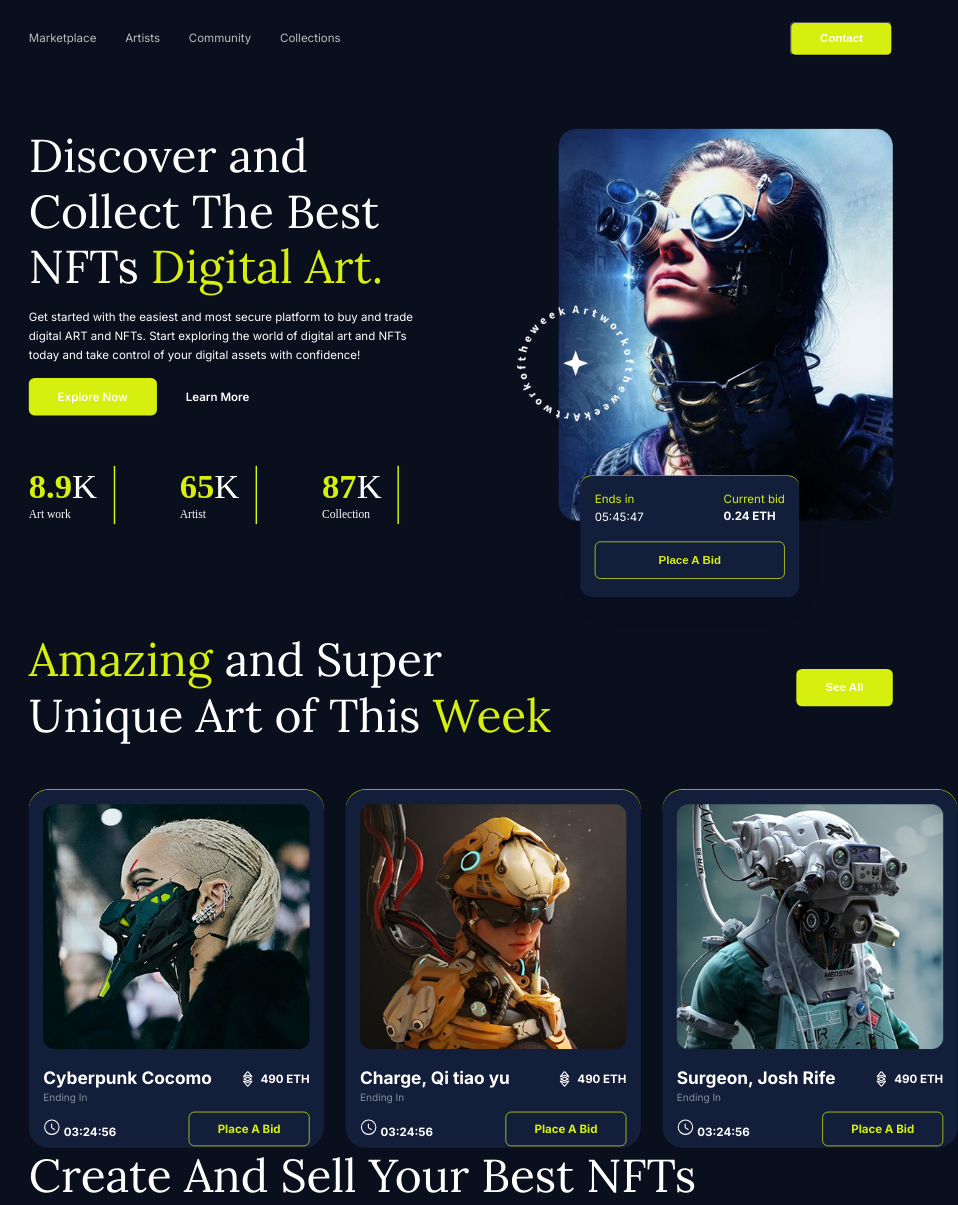
Repository: Kamron5505/NftMarketplace
Page: index.html
An editor plug-in stored every save of this project. The page is shown before and after a run of saves, followed by the edit.
The browser window is 1280 px wide. The page is 1330 px wide, so the pictures cover 1330 px, including what lies to the right of the window. The pictures show the whole page, at 72% of full size.

Above is the page before, as saved 2025-07-09 15:15:03.

### index.html
<!DOCTYPE html>
<html lang="en">

<head>
    <meta charset="UTF-8">
    <meta name="viewport" content="width=device-width, initial-scale=1.0">
    <title>NFTMarketplace Landing</title>
    <link rel="stylesheet" href="./style.css">
    <link
        href="https://fonts.googleapis.com/css2?family=Inter:wght@400;600;700&family=Source+Sans+Pro:wght@400;600;700&family=Lora:wght@400;700&display=swap"
        rel="stylesheet">

</head>

<body>
    <header class="header">
        <div class="container">
            <nav class="nav">
                <ul class="nav-list">
                    <li class="nav-item"><a href="#" class="nav-link">Marketplace</a></li>
                    <li class="nav-item"><a href="#" class="nav-link">Artists</a></li>
                    <li class="nav-item"><a href="#" class="nav-link">Community</a></li>
                    <li class="nav-item"><a href="#" class="nav-link">Collections</a></li>
                </ul>
                <button class="header-contact-btn">Contact</button>
            </nav>
        </div>
    </header>
    <main class="main">
        <section class="nft-section">
            <div class="container">
                <div class="nft-wrapper">
                    <div class="content-left">
                        <h1 class="title">
                            Discover and <br>
                            Collect The Best <br>
                            NFTs <span class="highlight"> Digital Art.</span>
                        </h1>
                        <p class="description">
                            Get started with the easiest and most secure platform to buy and trade digital ART and NFTs.
                            Start exploring the world of digital art and NFTs today and take control of your digital
                            assets with confidence!
                        </p>
                        <div class="buttons">
                            <a href="#" class="btn btn-primary">Explore Now</a>
                            <a href="#" class="btn btn-secondary">Learn More</a>
                        </div>
                        <div class="stats">
                            <div class="stat">
                                <div class="number">8.9<span class="note">K</span></div>
                                <div class="label">Art work</div>
                            </div>
                            <div class="stat">
                                <div class="number">65<span class="note">K</span></div>
                                <div class="label">Artist</div>
                            </div>
                            <div class="stat">
                                <div class="number">87<span class="note">K</span></div>
                                <div class="label">Collection</div>
                            </div>
                        </div>
                    </div>
                    <div class="content-right">
                        <div class="header-image">
                            <img src="./images/main-header-img.png" alt="NFT Image" class="hero-image">
                            <img src="./images/circle.png" alt="" class="circle-image">
                        </div>
                        <div class="nft-card">
                            <div class="nft-card__info">
                                <div class="nft-card__timer">
                                    <span class="value ">Ends in</span>
                                    <span class="nft-note">05:45:47</span>
                                </div>
                                <div class="nft-card__bid">
                                    <span class="value ">Current bid</span>
                                    <span class="nft-card__note">0.24 ETH</span>
                                </div>
                                <button href="#" class="nft-card__btn nft-card__btn--bid">Place A Bid</button>
                            </div>
                        </div>
                    </div>
                </div>
            </div>
        </section>
        <section class="art-section">
            <div class="container">
                <div class="art-section__header">
                    <h2 class="art-section__title">
                        <span class="text-highlight">Amazing</span>
                        and Super <br>
                        Unique Art of This
                        <span class="text-highlight">Week</span>
                    </h2>
                    <button href="#" class="art-section__btn-view-all">See All</button>
                </div>
                <div class="art-section__cards">
                    <div class="art-card">
                        <img src="./images/Cyberpunk Cocomo 490ETH.png" alt="Cyberpunk Cocomo"
                            class="art-card__image" />
                        <div class="art-card-name">
                            <h3 class="art-card__title">Cyberpunk Cocomo</h3>
                            <div class="art-card-price-wrapper">
                                <svg width="24" height="25" viewBox="0 0 24 25" fill="none"
                                    xmlns="http://www.w3.org/2000/svg">
                                    <path
                                        d="M6.90001 9.6L11.7 7.5C11.9 7.4 12.1 7.4 12.4 7.5L17.2 9.6C17.6 9.8 18 9.3 17.7 8.9L12.7 2.8C12.4 2.4 11.8 2.4 11.5 2.8L6.50001 8.9C6.10001 9.3 6.50001 9.8 6.90001 9.6Z"
                                        stroke="white" stroke-width="1.5" stroke-miterlimit="10" stroke-linecap="round"
                                        stroke-linejoin="round" />
                                    <path
                                        d="M6.90001 15.4L11.7 17.5C11.9 17.6 12.1 17.6 12.4 17.5L17.2 15.4C17.6 15.2 18 15.7 17.7 16.1L12.7 22.2C12.4 22.6 11.8 22.6 11.5 22.2L6.50001 16.1C6.10001 15.7 6.50001 15.2 6.90001 15.4Z"
                                        stroke="white" stroke-width="1.5" stroke-miterlimit="10" stroke-linecap="round"
                                        stroke-linejoin="round" />
                                    <path d="M12 9.90002L6.79999 12.5L12 15.1L17.2 12.5L12 9.90002Z" stroke="white"
                                        stroke-width="1.5" stroke-miterlimit="10" stroke-linecap="round"
                                        stroke-linejoin="round" />
                                </svg>
                                <p class="art-card__price">490 ETH</p>
                            </div>
                        </div>
                        <div class="art-card__info">
                            <div class="art-card__time">
                                <p class="art-card__time__ending">Ending In</p>
                                <div class="art-card__time-row">
                                    <div>
                                        <i class="icon-clock">
                                            <svg width="24" height="25" viewBox="0 0 24 25" fill="none"
                                                xmlns="http://www.w3.org/2000/svg">
                                                <path
                                                    d="M22 12.5C22 18.02 17.52 22.5 12 22.5C6.48 22.5 2 18.02 2 12.5C2 6.98 6.48 2.5 12 2.5C17.52 2.5 22 6.98 22 12.5Z"
                                                    stroke="white" stroke-width="1.5" stroke-linecap="round"
                                                    stroke-linejoin="round" />
                                                <path
                                                    d="M15.71 15.68L12.61 13.83C12.07 13.51 11.63 12.74 11.63 12.11V8.01001"
                                                    stroke="white" stroke-width="1.5" stroke-linecap="round"
                                                    stroke-linejoin="round" />
                                            </svg>
                                        </i>
                                        <span class="art-card__time-text">03:24:56</span>
                                    </div>
                                    <button class="art-card__btn-bid">Place A Bid</button>
                                </div>
                            </div>
                        </div>
                    </div>
                    <div class="art-card">
                        <img src="./images/Charge, Qi tiao yu.png" alt="Cyberpunk Cocomo" class="art-card__image" />
                        <div class="art-card-name">
                            <h3 class="art-card__title">Charge, Qi tiao yu</h3>
                            <div class="art-card-price-wrapper">
                                <svg width="24" height="25" viewBox="0 0 24 25" fill="none"
                                    xmlns="http://www.w3.org/2000/svg">
                                    <path
                                        d="M6.90001 9.6L11.7 7.5C11.9 7.4 12.1 7.4 12.4 7.5L17.2 9.6C17.6 9.8 18 9.3 17.7 8.9L12.7 2.8C12.4 2.4 11.8 2.4 11.5 2.8L6.50001 8.9C6.10001 9.3 6.50001 9.8 6.90001 9.6Z"
                                        stroke="white" stroke-width="1.5" stroke-miterlimit="10" stroke-linecap="round"
                                        stroke-linejoin="round" />
                                    <path
                                        d="M6.90001 15.4L11.7 17.5C11.9 17.6 12.1 17.6 12.4 17.5L17.2 15.4C17.6 15.2 18 15.7 17.7 16.1L12.7 22.2C12.4 22.6 11.8 22.6 11.5 22.2L6.50001 16.1C6.10001 15.7 6.50001 15.2 6.90001 15.4Z"
                                        stroke="white" stroke-width="1.5" stroke-miterlimit="10" stroke-linecap="round"
                                        stroke-linejoin="round" />
                                    <path d="M12 9.90002L6.79999 12.5L12 15.1L17.2 12.5L12 9.90002Z" stroke="white"
                                        stroke-width="1.5" stroke-miterlimit="10" stroke-linecap="round"
                                        stroke-linejoin="round" />
                                </svg>
                                <p class="art-card__price">490 ETH</p>
                            </div>
                        </div>
                        <div class="art-card__info">
                            <div class="art-card__time">
                                <p class="art-card__time__ending">Ending In</p>
                                <div class="art-card__time-row">
                                    <div>
                                        <i class="icon-clock">
                                            <svg width="24" height="25" viewBox="0 0 24 25" fill="none"
                                                xmlns="http://www.w3.org/2000/svg">
                                                <path
                                                    d="M22 12.5C22 18.02 17.52 22.5 12 22.5C6.48 22.5 2 18.02 2 12.5C2 6.98 6.48 2.5 12 2.5C17.52 2.5 22 6.98 22 12.5Z"
                                                    stroke="white" stroke-width="1.5" stroke-linecap="round"
                                                    stroke-linejoin="round" />
                                                <path
                                                    d="M15.71 15.68L12.61 13.83C12.07 13.51 11.63 12.74 11.63 12.11V8.01001"
                                                    stroke="white" stroke-width="1.5" stroke-linecap="round"
                                                    stroke-linejoin="round" />
                                            </svg>
                                        </i>
                                        <span class="art-card__time-text">03:24:56</span>
                                    </div>
                                    <button class="art-card__btn-bid">Place A Bid</button>
                                </div>
                            </div>
                        </div>
                    </div>
                    <div class="art-card">
                        <img src="./images/Surgeon, Josh Rife.png" alt="Cyberpunk Cocomo" class="art-card__image" />
                        <div class="art-card-name">
                            <h3 class="art-card__title">Surgeon, Josh Rife</h3>
                            <div class="art-card-price-wrapper">
                                <svg width="24" height="25" viewBox="0 0 24 25" fill="none"
                                    xmlns="http://www.w3.org/2000/svg">
                                    <path
                                        d="M6.90001 9.6L11.7 7.5C11.9 7.4 12.1 7.4 12.4 7.5L17.2 9.6C17.6 9.8 18 9.3 17.7 8.9L12.7 2.8C12.4 2.4 11.8 2.4 11.5 2.8L6.50001 8.9C6.10001 9.3 6.50001 9.8 6.90001 9.6Z"
                                        stroke="white" stroke-width="1.5" stroke-miterlimit="10" stroke-linecap="round"
                                        stroke-linejoin="round" />
                                    <path
                                        d="M6.90001 15.4L11.7 17.5C11.9 17.6 12.1 17.6 12.4 17.5L17.2 15.4C17.6 15.2 18 15.7 17.7 16.1L12.7 22.2C12.4 22.6 11.8 22.6 11.5 22.2L6.50001 16.1C6.10001 15.7 6.50001 15.2 6.90001 15.4Z"
                                        stroke="white" stroke-width="1.5" stroke-miterlimit="10" stroke-linecap="round"
                                        stroke-linejoin="round" />
                                    <path d="M12 9.90002L6.79999 12.5L12 15.1L17.2 12.5L12 9.90002Z" stroke="white"
                                        stroke-width="1.5" stroke-miterlimit="10" stroke-linecap="round"
                                        stroke-linejoin="round" />
                                </svg>
                                <p class="art-card__price">490 ETH</p>
                            </div>
                        </div>
                        <div class="art-card__info">
                            <div class="art-card__time">
                                <p class="art-card__time__ending">Ending In</p>
                                <div class="art-card__time-row">
                                    <div>
                                        <i class="icon-clock">
                                            <svg width="24" height="25" viewBox="0 0 24 25" fill="none"
                                                xmlns="http://www.w3.org/2000/svg">
                                                <path
                                                    d="M22 12.5C22 18.02 17.52 22.5 12 22.5C6.48 22.5 2 18.02 2 12.5C2 6.98 6.48 2.5 12 2.5C17.52 2.5 22 6.98 22 12.5Z"
                                                    stroke="white" stroke-width="1.5" stroke-linecap="round"
                                                    stroke-linejoin="round" />
                                                <path
                                                    d="M15.71 15.68L12.61 13.83C12.07 13.51 11.63 12.74 11.63 12.11V8.01001"
                                                    stroke="white" stroke-width="1.5" stroke-linecap="round"
                                                    stroke-linejoin="round" />
                                            </svg>
                                        </i>
                                        <span class="art-card__time-text">03:24:56</span>
                                    </div>
                                    <button class="art-card__btn-bid">Place A Bid</button>
                                </div>
                            </div>
                        </div>
                    </div>
                </div>
            </div>
        </section>
        <section class=".nft-creator">
            <div class="container">
                <h1>Create And Sell
                    Your <span>Best NFTs</span></h1>
            </div>

        </section>
    </main>
</body>

</html>

### style.css
* {
    margin: 0;
    padding: 0;
    text-decoration: none;
    list-style: none;
    box-sizing: border-box;
}


body {
    background: #090f1d;
    color: #fffffd;
}

:root {
    --font-family: "Inter", sans-serif;
    --second-family: "Source Sans Pro", sans-serif;
    --third-family: "Lora", serif;
}

h1,
h2,
h3,
h4,
h5,
h6 {
    font-family: "Lora", serif;
    font-weight: 500;
    font-size: 64px;
    line-height: 120%;
    color: #fffffd;
}

.highlight {
    color: #d6ef0e;
}

.header {
    margin-top: 30px;
    font-family: "Inter", sans-serif;
}

.container {
    width: 1200px;
    margin: 0 auto;
}

.nav {
    display: flex;
    align-items: center;
    justify-content: space-between;
}

.nav-list {
    display: flex;
    gap: 40px;
}

.nav-link {
    font-weight: 400;
    font-size: 16px;
    line-height: 160%;
    color: rgba(255, 255, 253, 0.72);
}

.nav-link:hover {
    border-bottom: 1px solid #d6ef0e;
    width: 94px;
    height: 26px;
    transition: all 0.3s ease;
}

.header-contact-btn {
    background: #d6ef0e;
    border-radius: 8px;
    padding: 12px 40px;
    width: 143px;
    height: 48px;
    font-weight: 700;
    font-size: 16px;
    line-height: 120%;
    color: #fff;
}

.nft-section {
    margin-top: 100px;
}

.nft-wrapper {
    display: flex;
    align-items: center;
    justify-content: space-between;
}

.description {
    font-family: "Inter", sans-serif;
    font-weight: 400;
    font-size: 16px;
    width: 544px;
    line-height: 160%;
    color: #fffffd;
    margin-top: 20px;
}

.buttons {
    display: flex;
    gap: 40px;
    align-items: center;
    margin-top: 20px;
}

.btn {
    font-family: "Inter", sans-serif;
    font-weight: 600;
    font-size: 16px;
    color: #fff;
}

.btn-primary {
    display: flex;
    align-items: center;
    line-height: 120%;
    border-radius: 8px;
    padding: 12px 40px;
    width: 178px;
    height: 52px;
    background: #d6ef0e;
}

.stats {
    display: flex;
    gap: 90px;
    margin-top: 70px;
    color: white;
}

.stat {
    display: flex;
    flex-direction: column;
    position: relative;
    padding-right: 25px;
}

.stat::after {
    content: "";
    position: absolute;
    top: 0;
    bottom: 0;
    right: 0;
    width: 2px;
    background-color: #ccff00;
}

.stat:last-child {
    padding-right: 24px;
}

.number {
    font-family: ;
    font-size: 48px;
    font-weight: bold;
    color: #d6ef0e;
}

.note {
    font-weight: normal;
    color: white;
}

@keyframes spin {
    from {
        transform: rotate(0deg);
    }

    to {
        transform: rotate(360deg);
    }
}

.circle-image {
    position: absolute;
    right: 355px;
    top: 240px;
    animation: spin 20s linear infinite;
}

.label {
    font-weight: 400;
    font-size: 16px;
    line-height: 160%;
    color: white;
}

.header-image {
    position: relative;
}

.circle-image {
    position: absolute;
    right: 355px;
    top: 240px;
}

.nft-card {
    position: absolute;
    top: 660px;
    right: 170px;
    border-top: 1px solid #d6ef0e;
    border-radius: 16px;
    padding: 20px;
    width: 304px;
    height: 169px;
    box-shadow: 0 9px 50px 0 rgba(23, 36, 65, 0.04);
    background: #131e3a;
}

.nft-card__info {
    display: flex;
    flex-wrap: wrap;
    justify-content: space-between;
    font-family: "Inter", sans-serif;

}

.nft-card__timer,
.nft-card__bid {
    display: flex;
    flex-direction: column;
}

.value {
    font-weight: 400;
    font-size: 16px;
    line-height: 160%;
    color: #d6ef0e;
}

.nft-card__note {
    font-weight: 700;
    font-size: 16px;
    line-height: 120%;
    color: #fffffd;
}

.nft-card__btn {
    border: 1px solid #d6ef0e;
    border-radius: 8px;
    padding: 12px 40px;
    width: 264px;
    background: transparent;
    height: 52px;
    margin-top: 25px;
    font-weight: 700;
    font-size: 16px;
    line-height: 120%;
    color: #d6ef0e;
}

.art-section {
    margin-top: 150px;
    font-family: "Inter", sans-serif;

}

.art-section__header {
    display: flex;
    justify-content: space-between;
    align-items: center;
}


.text-highlight {
    color: #d6ef0e;

}

.art-section__btn-view-all {
    font-weight: 700;
    font-size: 16px;
    line-height: 120%;
    color: #fff;
    border-radius: 8px;
    padding: 12px 40px;
    width: 134px;
    height: 52px;
    background: #d6ef0e;
    border: none;
}

.art-section__cards {
    margin-top: 65px;
    display: flex;
    align-items: center;
    gap: 30px;
}

.art-card-price-wrapper {
    display: flex;
    align-items: center;
    gap: 6px;
}

.art-card {
    border-top: 1px solid #d6ef0e;
    border-radius: 28px;
    padding: 20px;
    width: 410px;
    height: 498px;
    background: #131e3a;
}

.art-card__time__ending {
    font-weight: 400;
    font-size: 14px;
    line-height: 160%;
    color: #838382;
}

.art-card__time-value {
    display: flex;
    align-items: center;
    gap: 6px;
    /* или 0, если без отступа */
}

.art-card__time-value span {
    font-family: "Inter", sans-serif;
    font-size: 16px;
    font-weight: 600;
    color: #fffffd;
}

.art-card__time-row {
    display: flex;
    align-items: center;
    margin-top: 8px;
    justify-content: space-between;
}

.art-card__time-row {
    display: flex;
    align-items: center;
    gap: 14px;
    margin-top: 8px;
}

.art-card__time__ending {
    font-size: 14px;
    color: rgba(255, 255, 255, 0.5);
    font-family: "Inter", sans-serif;
    margin-bottom: 4px;
}

.art-card__time-text {
    font-size: 16px;
    font-weight: 700;
    color: white;
    margin-bottom: 30px;
    font-family: "Inter", sans-serif;
}

.art-card__btn-bid {
    font-size: 16px;
    font-weight: 600;
    padding: 10px 24px;
    border: 1px solid #d6ef0e;
    text-align: center;
    display: flex;
    color: #d6ef0e;
    background: transparent;
    border-radius: 10px;
    font-family: "Inter", sans-serif;
    cursor: pointer;
    transition: all 0.3s ease;
}

.art-card__btn-bid {
    /* уже есть */
    display: flex;
    align-items: center;
    /* вертикальное выравнивание */
    justify-content: center;
    /* горизонтальное выравнивание */
    white-space: nowrap;
    /* запрещает перенос строки */
}


.art-card__btn-bid:hover {
    background-color: orange;
    color: black;
}


.art-card__btn-bid {
    font-family: "Inter", sans-serif;
    font-weight: 700;
    font-size: 16px;
    line-height: 120%;
    color: #fffffd;
    border-radius: 8px;
    padding: 12px 24px;
    background: #d6ef0e;
    border: none;
    cursor: pointer;
    transition: background 0.3s ease;
}

.art-card__btn-bid:hover {
    background: #c4dd00;
}


.art-card-name {
    display: flex;
    align-items: center;
    justify-content: space-between;
    padding-top: 23px;

}

.art-card__title {
    font-family: "Inter", sans-serif;
    font-weight: 700;
    font-size: 24px;
    line-height: 120%;
    color: #fffffd;
}

.art-card__info {}

.art-card__time {}


.art-card__price {
    font-family: "Inter", sans-serif;
    font-weight: 700;
    font-size: 16px;
    line-height: 120%;
    color: #fffffd;
}

.art-card__btn-bid {
    font-family: "Inter", sans-serif;
    border: 1px solid #d6ef0e;
    background: transparent;
    border-radius: 8px;
    padding: 12px 40px;
    width: 168px;
    height: 48px;
    font-weight: 700;
    font-size: 16px;
    line-height: 120%;
    color: #d6ef0e;
}

After the next 3 saves:
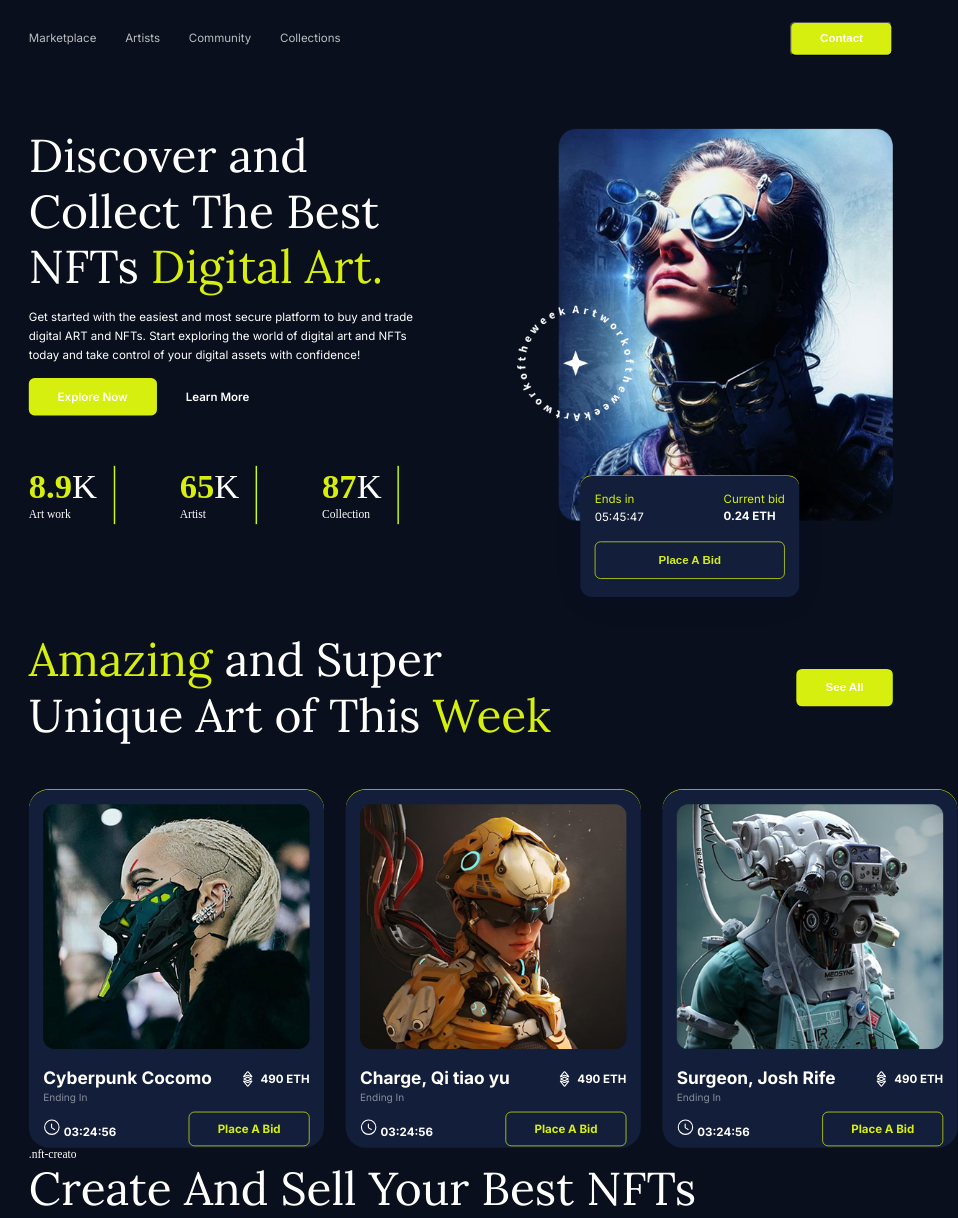
The 3 saves are shown as one change because they came seconds apart.
The last was saved 11 s later.
--- a/index.html
+++ b/index.html
@@ -241,6 +241,7 @@
         </section>
         <section class=".nft-creator">
             <div class="container">
+                .nft-creato
                 <h1>Create And Sell
                     Your <span>Best NFTs</span></h1>
             </div>
